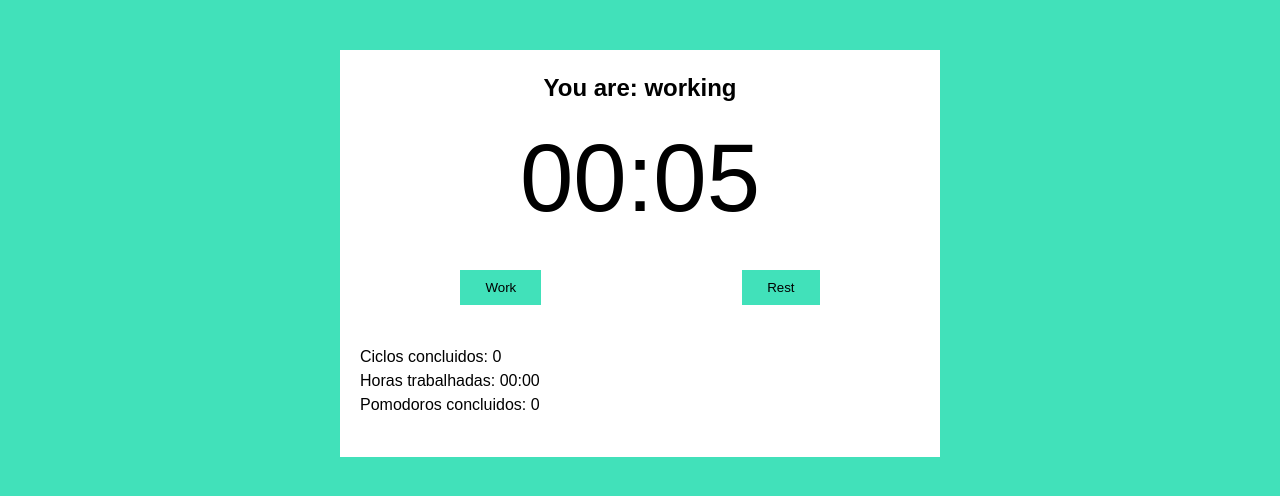
Repository: JuanPabloDS/Pomodoro
Page: / (app in pomodoro/)
The author's editor kept a copy of each file at every save. The page is drawn from the files as they stood at one save, then again after the next save.
The browser window is 1280 px wide. The pictures show the whole page.
The project was rebuilt for these pictures with package versions that can differ from the ones it lists, and the page was loaded fresh each time. Also part of the build but not shown: pomodoro/src/App.css. Imported but missing from the stored project, and not drawn on this page: pomodoro/src/sounds/bell-finish.mp3, pomodoro/src/sounds/bell-start.mp3.

Above is the page before, as saved 2024-01-25 16:25:24.

After the next save:
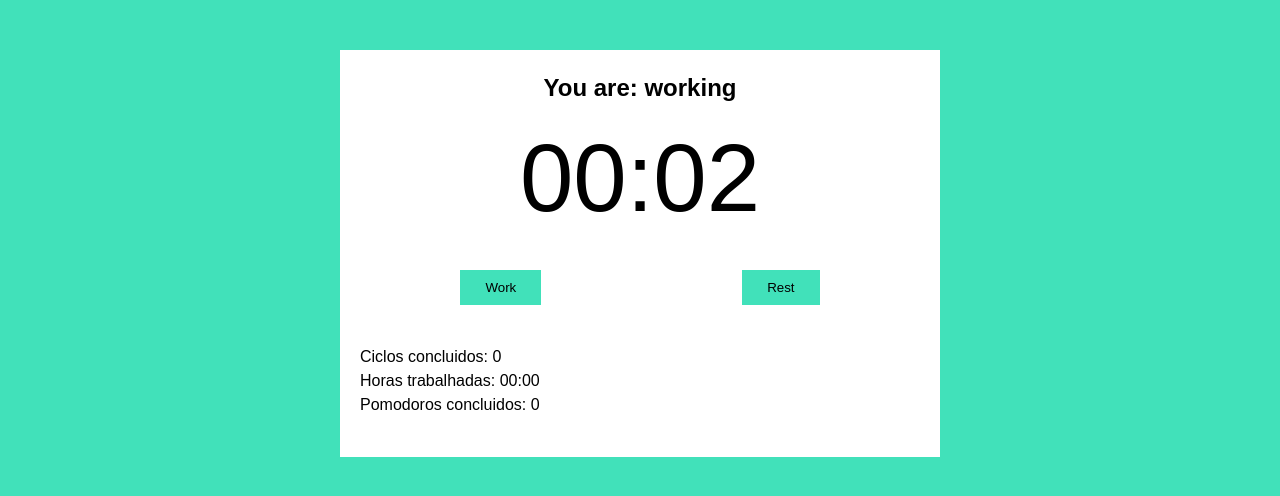
Saved 19 s later.
--- a/pomodoro/src/App.tsx
+++ b/pomodoro/src/App.tsx
@@ -6,7 +6,7 @@ function App() {
   return (
     <div className="container">
       <PomodoroTimer
-        PomodoroTime={5}
+        PomodoroTime={2}
         shortRestTime={2}
         longRestTime={3}
         cycles={4}
